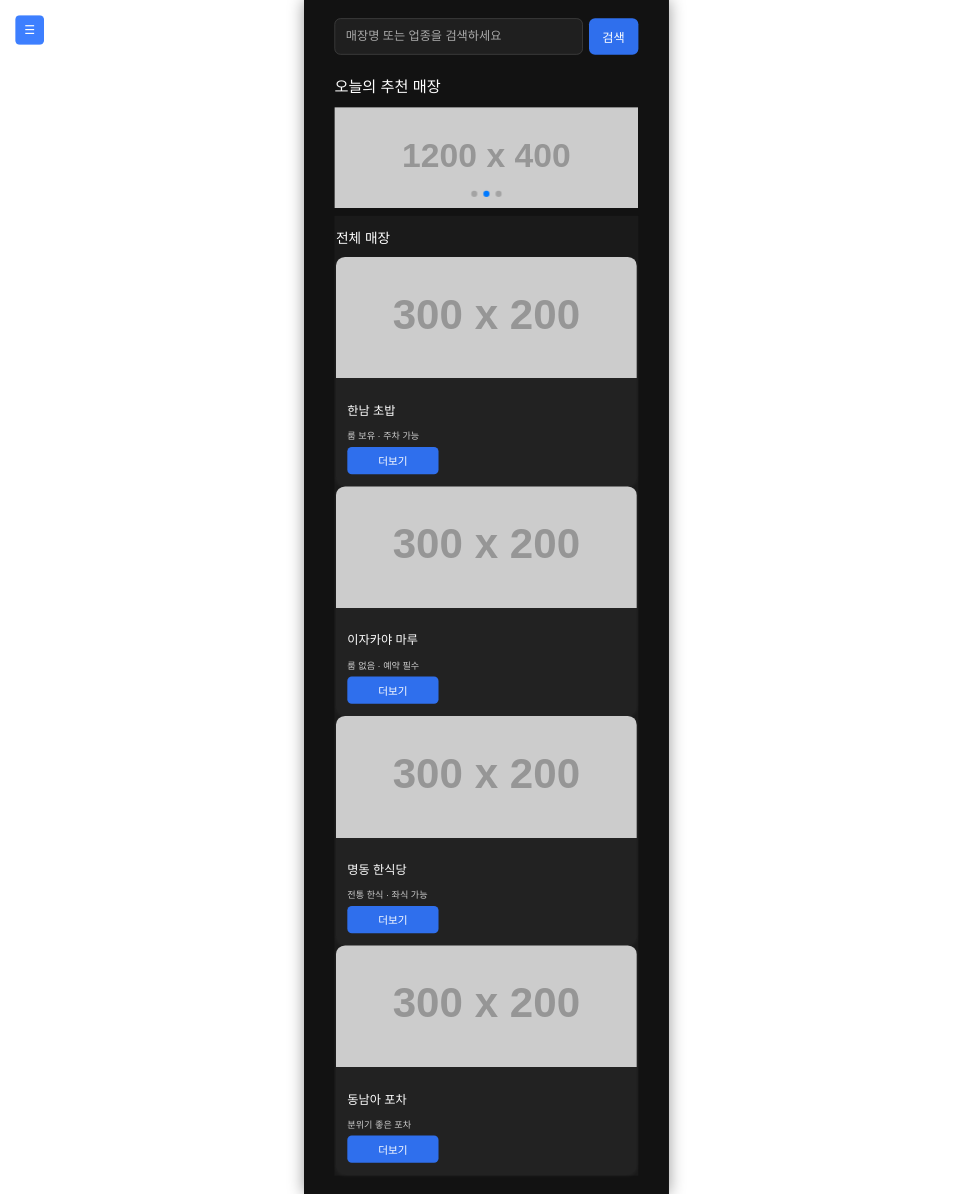
Repository: noiredex/Choplan-API
Page: / (app in choplan/frontend_main/)
The author's editor kept a copy of each file at every save. The page is drawn from the files as they stood at one save, then again after the next save.
The browser window is 1280 px wide. The pictures show the whole page, at 76% of full size.
The project was rebuilt for these pictures with package versions that can differ from the ones it lists, and the page was loaded fresh each time. Also part of the build but not shown: choplan/frontend_main/vite.config.js, choplan/frontend_main/vite.config.ts, choplan/frontend_main/src/styles/StoreDetailPage.css, choplan/frontend_main/src/pages/StoreDetailPage.jsx.

Above is the page before, as saved 2025-10-29 10:33:53.

### choplan/frontend_main/index.html
<!doctype html>
<html lang="en">
  <head>
    <meta charset="UTF-8" />
    <link rel="icon" type="image/svg+xml" href="/vite.svg" />
    <meta name="viewport" content="width=device-width, initial-scale=1.0" />
    <title>frontend_main</title>
  </head>
  <body>
    <div id="root"></div>
    <script type="module" src="/src/main.jsx"></script>
  </body>
</html>

### choplan/frontend_main/src/App.jsx
import { Routes, Route } from "react-router-dom";
import HomePage from "./pages/HomePage";
import StoreDetailPage from "./pages/StoreDetailPage";
import "./App.css";

export default function App() {
  return (
    <Routes>
      <Route path="/" element={<HomePage />} />
      <Route path="/store/:id" element={<StoreDetailPage />} />
    </Routes>
  );
}

### choplan/frontend_main/src/pages/Homepage.jsx
import React, { useState } from "react";
import Sidebar from "../components/common/Sidebar";
import SearchBar from "../components/home/SearchBar";
import BannerSlider from "../components/home/BannerSlider";
import RecommendedStores from "../components/home/RecommendedStores";
import "../styles/HomePage.css";

export default function HomePage() {
  const [selectedCategory, setSelectedCategory] = useState("전체");
  const [searchQuery, setSearchQuery] = useState("");

  return (
    <div className="home-container">
      {/* 사이드바 */}
      <Sidebar
        selectedCategory={selectedCategory}
        onSelectCategory={setSelectedCategory}
        searchQuery={searchQuery}
      />

      {/* 메인 콘텐츠 */}
      <div className="main-content">
        <SearchBar onSearch={setSearchQuery} />

        {/* 추천 배너 */}
        <section className="banner-section">
          <h2>오늘의 추천 매장</h2>
          <BannerSlider />
        </section>

        {/* 매장 목록 */}
        <section className="store-section">
          <RecommendedStores
            category={selectedCategory}
            searchQuery={searchQuery}
          />
        </section>
      </div>
    </div>
  );
}

### choplan/frontend_main/src/App.css
/* ==============================
   App.css — 전역 스타일
   ============================== */

/* 기본 페이지 레이아웃 */
html, body {
  margin: 0;
  padding: 0;
  background-color: #181818; /* Soft Charcoal */
  color: #E0E0E0;
  font-family: 'Noto Sans KR', sans-serif;
  display: flex;
  justify-content: center;
}

/* 전체 앱을 중앙에 고정 (모바일 480px 기준) */
#root {
  width: 100%;
  max-width: 480px;
  min-height: 100vh;
  background-color: #1E1E1E;
  box-shadow: 0 0 20px rgba(0, 0, 0, 0.4);
  overflow-x: hidden;
  position: relative;
}

/* 스크롤바 다크모드 스타일 */
::-webkit-scrollbar {
  width: 6px;
}
::-webkit-scrollbar-track {
  background: #1a1a1a;
}
::-webkit-scrollbar-thumb {
  background: #444;
  border-radius: 4px;
}
::-webkit-scrollbar-thumb:hover {
  background: #555;
}

/* 공통 버튼 스타일 */
button {
  background-color: #3D7FFF;
  color: white;
  border: none;
  border-radius: 8px;
  padding: 10px 16px;
  cursor: pointer;
  transition: background-color 0.2s ease;
}
button:hover {
  background-color: #5596FF;
}

/* 링크 */
a {
  text-decoration: none;
  color: inherit;
}

### choplan/frontend_main/src/components/common/Sidebar.jsx
import React, { useState, useEffect } from "react";
import "../../styles/Sidebar.css";

export default function Sidebar({ selectedCategory, onSelectCategory, searchQuery }) {
  const [isOpen, setIsOpen] = useState(false);

  const categories = [
    "전체",
    "이자카야",
    "초밥",
    "한식",
    "양식",
    "중식",
    "동남아",
    "인도",
    "기타",
  ];

  // 검색어에 따라 자동 카테고리 선택
  useEffect(() => {
    if (searchQuery && searchQuery.trim() !== "") {
      const matched = categories.find((cat) => searchQuery.includes(cat));
      if (matched) onSelectCategory(matched);
    }
  }, [searchQuery]);

  return (
    <>
      {/* 햄버거 버튼 (항상 노출) */}
      <button
        className="sidebar-toggle"
        onClick={() => setIsOpen(!isOpen)}
        aria-label="메뉴 열기"
      >
        ☰
      </button>

      {/* 오버레이 (열릴 때만) */}
      {isOpen && <div className="overlay" onClick={() => setIsOpen(false)}></div>}

      {/* 세로형 사이드바 */}
      <aside className={`sidebar ${isOpen ? "open" : ""}`}>
        <ul className="sidebar-list">
          {categories.map((category, index) => (
            <li
              key={index}
              className={selectedCategory === category ? "active" : ""}
              onClick={() => {
                onSelectCategory(category);
                setIsOpen(false);
              }}
            >
              {category}
            </li>
          ))}
        </ul>
      </aside>
    </>
  );
}

### choplan/frontend_main/src/components/home/SearchBar.jsx
import React, { useState } from "react";
import "../../styles/SearchBar.css";

export default function SearchBar({ onSearch }) {
  const [query, setQuery] = useState("");

  const handleInputChange = (e) => {
    setQuery(e.target.value);
  };

  const handleSearch = (e) => {
    e.preventDefault();
    onSearch(query);
  };

  return (
    <form className="search-bar" onSubmit={handleSearch}>
      <input
        type="text"
        placeholder="매장명 또는 업종을 검색하세요"
        value={query}
        onChange={handleInputChange}
      />
      <button type="submit">검색</button>
    </form>
  );
}

### choplan/frontend_main/src/components/home/BannerSlider.jsx
import React from "react";
import { Swiper, SwiperSlide } from "swiper/react";
import { Autoplay, Pagination } from "swiper/modules";
import "swiper/css";
import "swiper/css/pagination";
import "../../styles/BannerSlider.css";

export default function BannerSlider() {
  const banners = [
    {
      id: 1,
      img: "https://placehold.co/1200x400/007bff/ffffff?text=오늘의+추천매장+1",
      alt: "추천 매장 1",
    },
    {
      id: 2,
      img: "https://placehold.co/1200x400/f07b00/ffffff?text=오늘의+추천매장+2",
      alt: "추천 매장 2",
    },
    {
      id: 3,
      img: "https://placehold.co/1200x400/008c4a/ffffff?text=오늘의+추천매장+3",
      alt: "추천 매장 3",
    },
  ];

  return (
    <div className="banner-slider-container">
      <Swiper
        modules={[Autoplay, Pagination]}
        pagination={{ clickable: true }}
        autoplay={{ delay: 4000, disableOnInteraction: false }}
        loop={true}
        spaceBetween={0}
        slidesPerView={1}
        className="banner-swiper"
      >
        {banners.map((banner) => (
          <SwiperSlide key={banner.id}>
            <img
              src={banner.img}
              alt={banner.alt}
              className="banner-image"
            />
          </SwiperSlide>
        ))}
      </Swiper>
    </div>
  );
}

### choplan/frontend_main/src/components/home/RecommendedStores.jsx
import React, { useEffect, useState } from "react";
import { useNavigate } from "react-router-dom";
import "../../styles/RecommendedStores.css";

export default function RecommendedStores({ category, searchQuery }) {
  const [stores, setStores] = useState([]);
  const navigate = useNavigate(); // 페이지 이동 훅

  // 예시 데이터 (실제 API 연결 시 이 부분 대체)
  const allStores = [
    { id: 1, name: "한남 초밥", category: "초밥", desc: "룸 보유 · 주차 가능", img: "https://placehold.co/300x200" },
    { id: 2, name: "이자카야 마루", category: "이자카야", desc: "룸 없음 · 예약 필수", img: "https://placehold.co/300x200" },
    { id: 3, name: "명동 한식당", category: "한식", desc: "전통 한식 · 좌식 가능", img: "https://placehold.co/300x200" },
    { id: 4, name: "동남아 포차", category: "동남아", desc: "분위기 좋은 포차", img: "https://placehold.co/300x200" },
  ];

  useEffect(() => {
    let filtered = allStores;

    // 검색어 반영
    if (searchQuery) {
      filtered = filtered.filter((store) =>
        store.name.toLowerCase().includes(searchQuery.toLowerCase())
      );
    }

    // 카테고리 반영
    if (category && category !== "전체") {
      filtered = filtered.filter((store) => store.category === category);
    }

    setStores(filtered);
  }, [category, searchQuery]);

  return (
    <div className="recommended-stores">
      <h2>{category ? category : "전체"} 매장</h2>

      <div className="store-grid">
        {stores.length > 0 ? (
          stores.map((store) => (
            <div className="store-card" key={store.id}>
              <img src={store.img} alt={store.name} />
              <div className="store-info">
                <h3>{store.name}</h3>
                <p>{store.desc}</p>
                <button onClick={() => navigate(`/store/${store.id}`)}>더보기</button>
              {/* 더보기 클릭시 /store/매장id 페이지로 이동 */}
              </div>
            </div>
          ))
        ) : (
          <p className="no-results">검색 결과가 없습니다.</p>
        )}
      </div>
    </div>
  );
}

### choplan/frontend_main/src/styles/HomePage.css
/* ===== 기본 구조 ===== */
.home-container {
  display: flex;
  flex-direction: row;
  align-items: stretch;
  justify-content: flex-start;
  width: 100%;
  min-height: 100vh;
  background-color: #121212; /* 다크모드 배경 */
  overflow: hidden;
  box-sizing: border-box;
  color: #f0f0f0;
}

/* ===== 메인 콘텐츠 ===== */
.main-content {
  flex: 1;
  display: flex;
  flex-direction: column;
  justify-content: flex-start;
  align-items: stretch;
  padding: 24px 40px;
  overflow-y: auto;
  transition: all 0.3s ease;
}

/* ===== 검색바 ===== */
.search-bar {
  margin-bottom: 10px; /* 기존보다 10px 줄임 */
}

/* ===== 베너 섹션 ===== */
.benner-section {
  text-align: center;
  margin-top: 10px; /* 기존보다 10px 줄임 */
  margin-bottom: 20px; /* 아래 ‘전체매장’ 간격 줄임 */
  display: flex;
  flex-direction: column;
  align-items: center;
}

.banner-section h2 {
  font-size: 20px; /* 기존 24px → 20px */
  font-weight: 700;
  color: #ffffff;
  margin-bottom: 12px;
}

.banner-section .swiper-container {
  width: 100%;
  max-width: 1200px;
  aspect-ratio: 16 / 9;
  border-radius: 12px;
  overflow: hidden;
  object-fit: cover;
  height: auto !important;
  flex-shrink: 0;
}

.banner-section .swiper-slide img {
  width: 100%;
  height: 100%;
  object-fit: cover;
  display: block;
}

/* ===== 추천 매장 섹션 ===== */
.store-section {
  width: 100%;
  margin-top: 10px; /* 기존보다 10px 줄임 */
  flex-grow: 1;
}

/* 반응형 대응 */
@media (max-width: 1024px) {
  .banner-section h2 {
    font-size: 18px;
  }
}

### choplan/frontend_main/src/styles/Sidebar.css
/* ==============================
   Sidebar.css — 카테고리 & 햄버거 버튼
   ============================== */

/* ===== 사이드바 전체 ===== */
.sidebar {
  position: fixed;
  top: 0;
  left: 0;
  width: 220px;
  height: 100%;
  background: #202020; /* Soft Charcoal */
  border-right: 1px solid #2c2c2c;
  overflow-y: auto;
  transform: translateX(-100%);
  transition: transform 0.3s ease-in-out;
  z-index: 1000;
}

/* 열렸을 때 */
.sidebar.open {
  transform: translateX(0);
}

/* ===== 햄버거 버튼 ===== */
.sidebar-toggle {
  position: fixed;
  top: 20px;
  left: 20px;
  z-index: 1100;
  background: #3D7FFF;
  color: white;
  border: none;
  border-radius: 6px;
  padding: 10px 12px;
  font-size: 16px;
  cursor: pointer;
  transition: background 0.2s ease;
}

.sidebar-toggle:hover {
  background: #5596FF;
}

/* ===== 카테고리 리스트 ===== */
.sidebar-list {
  list-style: none;
  margin: 70px 0 0 0; /* 버튼 아래쪽 여백 확보 */
  padding: 0;
  display: flex;
  flex-direction: column;
}

.sidebar-list li {
  padding: 14px 18px;
  color: #E0E0E0;
  font-size: 15px;
  cursor: pointer;
  border-bottom: 1px solid #2b2b2b;
  transition: all 0.2s ease;
}

.sidebar-list li:hover {
  background-color: #2a2a2a;
}

.sidebar-list li.active {
  background-color: #3D7FFF;
  color: #fff;
  font-weight: 600;
}

/* “전체” 항목 상단 고정 */
.sidebar-list li:first-child {
  position: sticky;
  top: 0;
  background: #202020;
  z-index: 3;
  font-weight: bold;
  border-bottom: 1px solid #2c2c2c;
}

/* ===== 스크롤바 ===== */
.sidebar-list::-webkit-scrollbar {
  width: 6px;
}
.sidebar-list::-webkit-scrollbar-thumb {
  background: #333;
  border-radius: 3px;
}
.sidebar-list::-webkit-scrollbar-thumb:hover {
  background: #444;
}

/* ===== 반응형 ===== */
@media (max-width: 1024px) {
  .sidebar {
    width: 220px;
  }
}

@media (max-width: 600px) {
  .sidebar {
    width: 200px;
  }

  .sidebar-list li {
    font-size: 14px;
    padding: 12px 14px;
  }

  .sidebar-toggle {
    padding: 8px 10px;
    font-size: 14px;
    top: 15px;
    left: 15px;
  }
}

### choplan/frontend_main/src/styles/SearchBar.css
.search-bar {
  display: flex;
  align-items: center; /* 세로 중앙 정렬 */
  justify-content: center;
  width: 100%;
  max-width: 600px;
  margin: 0 auto;
}

.search-bar input {
  flex: 1;
  height: 48px; /* 버튼과 동일 높이 */
  padding: 0 14px;
  border: 1px solid #444;
  border-radius: 8px;
  background-color: #1f1f1f;
  color: #f0f0f0;
  font-size: 16px;
  outline: none;
  box-sizing: border-box;
}

.search-bar input::placeholder {
  color: #aaa;
}

.search-bar button {
  height: 48px; /* input과 완전 동일 높이 */
  padding: 0 18px;
  border: none;
  background-color: #2f6fed;
  color: white;
  font-size: 16px;
  border-radius: 8px;
  margin-left: 8px; /* input과의 간격 */
  cursor: pointer;
  transition: background-color 0.2s ease;
}

.search-bar button:hover {
  background-color: #1d56c4;
}

### choplan/frontend_main/src/styles/BannerSlider.css
/* ==============================
   BannerSlider.css — 자동 슬라이드 배너
   ============================== */

/* ===== 배너 전체 ===== */
.banner-slider {
  position: relative;
  width: 100%;
  max-width: 440px;
  margin: 0 auto;
  border-radius: 12px;
  overflow: hidden;
  background-color: #2A2A2A;
  box-shadow: 0 4px 10px rgba(0, 0, 0, 0.3);
}

/* ===== 슬라이드 이미지 ===== */
.banner-slide {
  width: 100%;
  aspect-ratio: 16 / 9;
  display: flex;
  align-items: center;
  justify-content: center;
  background-color: #1E1E1E;
}

.banner-slide img {
  width: 100%;
  height: 100%;
  object-fit: cover;
  display: block;
}

/* ===== 인디케이터 점 ===== */
.banner-indicators {
  position: absolute;
  bottom: 12px;
  left: 50%;
  transform: translateX(-50%);
  display: flex;
  gap: 6px;
  z-index: 10;
}

.indicator {
  width: 8px;
  height: 8px;
  background-color: rgba(255, 255, 255, 0.4);
  border-radius: 50%;
  cursor: pointer;
  transition: background-color 0.3s;
}

.indicator.active {
  background-color: #3D7FFF;
}

/* ===== 슬라이드 전환 효과 ===== */
.swiper-slide {
  transition: transform 0.6s ease-in-out;
}

/* ===== 반응형 ===== */
@media (min-width: 1025px) {
  body {
    display: flex;
    justify-content: center;
    background-color: #181818;
  }

  #root {
    width: 480px;
  }

  .banner-slider {
    max-width: 480px;
  }
}

@media (max-width: 600px) {
  .banner-slider {
    max-width: 95%;
  }

  .banner-indicators {
    bottom: 8px;
  }

  .indicator {
    width: 7px;
    height: 7px;
  }
}

### choplan/frontend_main/src/styles/RecommendedStores.css
/* ===== 컨테이너 ===== */
.recommended-stores {
  padding: 2px;
  background: #1a1a1a;
}

/* ===== 섹션 제목 ===== */
.recommended-stores h2 {
  font-size: 18px; /* ‘오늘의 추천 매장’과 동일한 크기 */
  margin-bottom: 10px;
  font-weight: 600;
  color: #ffffff;
}

/* ===== 매장 카드 그리드 ===== */
.store-grid {
  display: grid;
  gap: 1px;
  width: 100%;
  max-width: 1200px;
  margin: 0 auto;
  grid-template-columns: repeat(auto-fit, minmax(280px, 1fr));
  transition: all 0.3s ease;
}

/* ===== 매장 카드 ===== */
.store-card {
  background: #222;
  border-radius: 12px;
  overflow: hidden;
  box-shadow: 0 2px 6px rgba(255, 255, 255, 0.05);
  display: flex;
  flex-direction: column;
  transition: transform 0.2s ease;
}

.store-card:hover {
  transform: translateY(-3px);
}

.store-card img {
  width: 100%;
  height: 160px;
  object-fit: cover;
}

.store-info {
  padding: 15px;
}

.store-info h3 {
  font-size: 16px;
  margin-bottom: 6px;
  color: #fff;
}

.store-info p {
  font-size: 12px;
  color: #ccc;
  margin-bottom: 5px;
}

.store-info button {
  width: 100%;
  max-width: 120px;
  padding: 8px 0;
  border: none;
  background-color: #2f6fed;
  color: white;
  font-size: 14px;
  border-radius: 6px;
  cursor: pointer;
  transition: background-color 0.2s ease;
}

.store-info button:hover {
  background-color: #1d56c4;
}

Loaded but not shown: choplan/frontend_main/src/main.jsx (common file); choplan/frontend_main/src/index.css (common file)

After the next save:
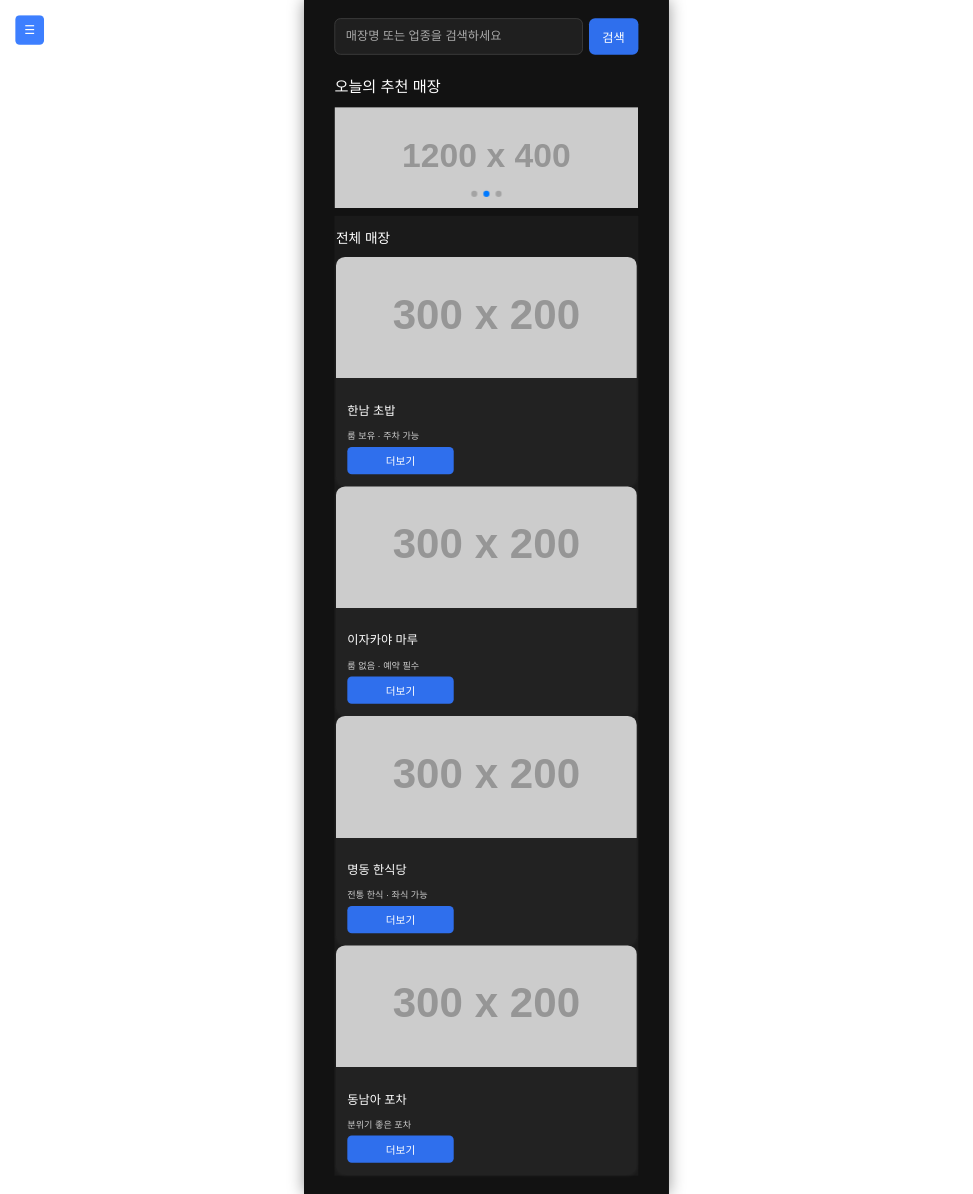
Saved 4 s later.
--- a/choplan/frontend_main/src/styles/RecommendedStores.css
+++ b/choplan/frontend_main/src/styles/RecommendedStores.css
@@ -62,7 +62,7 @@
 
 .store-info button {
   width: 100%;
-  max-width: 120px;
+  max-width: 140px;
   padding: 8px 0;
   border: none;
   background-color: #2f6fed;
